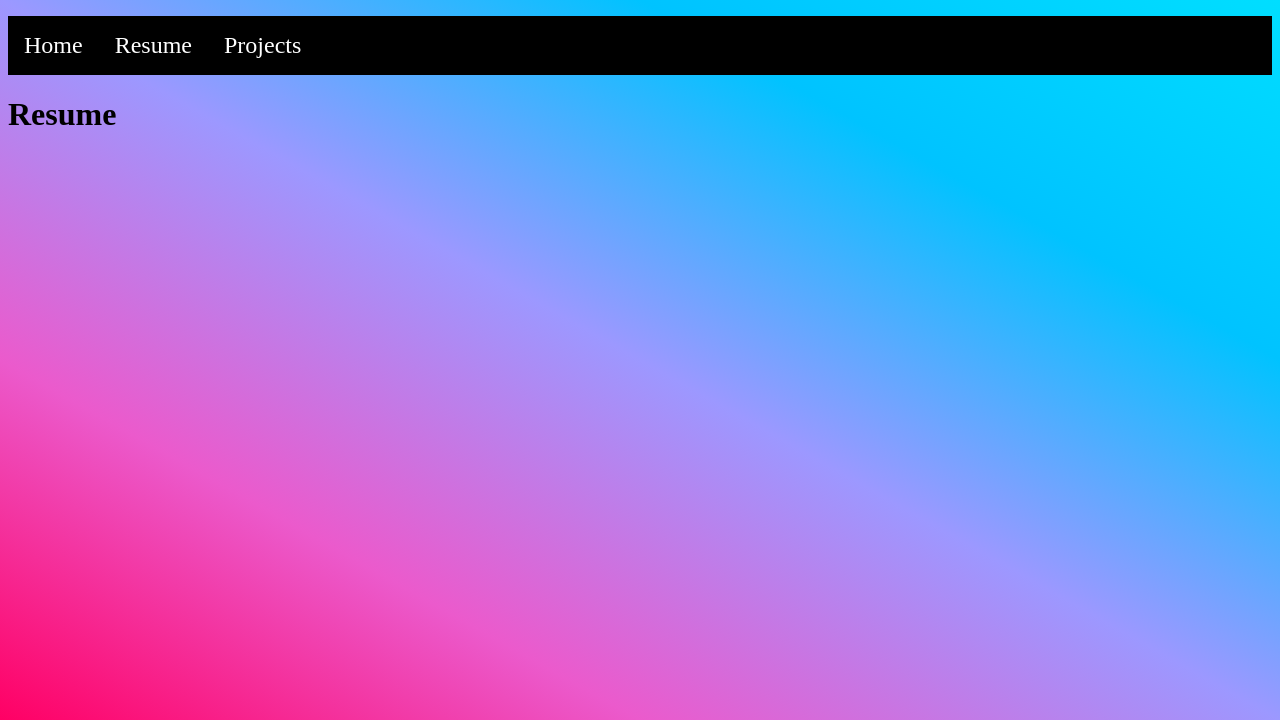
Repository: Zatarain10/Zatarain10.github.io
Page: project1.html
The author's editor kept a record of every edit. The page is drawn from the files as they stood at one moment, then again after the next edit.
The browser window is 1280 px wide. The pictures show the whole page.

Above is the page before.

### project1.html
<!DOCTYPE html>
<html>
    <head>
    <title>Home</title>
    <link rel="stylesheet" type="text/css" href="style.css">

    </head>
    <body>
        <ul class="navbar">
            <li><a href="=/index.html">Home</a></li>
            <li><a href="resume.html">Resume</a></li>
            <li class="dropdown">
                <div>Projects</div>
                <ul class="dropdown-content">
                    <li class="active"><a href="#">Project 1</a></li>
                    <li><a href="#">Project 2</a></li>
                    <li><a href="#">Project 3</a></li>
                </ul>
            </li>
        </ul>

        <h1>Resume</h1>

    </body>
</html>

### style.css
        .navbar{
            list-style:none;
            background-color: black;
            overflow:hidden;
            padding:0;
        }

        .navbar a, .dropdown div{
            text-decoration:none;
            color: white;
            font-size: 24px;
            padding: 16px;
            display:inline-block;
        }

        .navbar li{
            float:left;
        }

        .navbar li:hover{
            background-color:Cyan;
        }

        .dropdown-content{
            list-style:none;
            padding: 0;
            display:none;
            position:absolute;
            z-index:1;
            background-color: black;
        }

        .dropdown-content li{
            float:none;
        }

        .dropdown:hover .dropdown-content{
            display:block;
        }

        .active{
            background-color: #ff1768;
        }

        html{
            height: 100%;
        }

        body{
            background: linear-gradient(to right top, #ff0064, #eb5acc, #9c98ff, #00c3ff, #00deff);
        }

        table{
            border: 3px solid crimson;
        }

After the next edit:
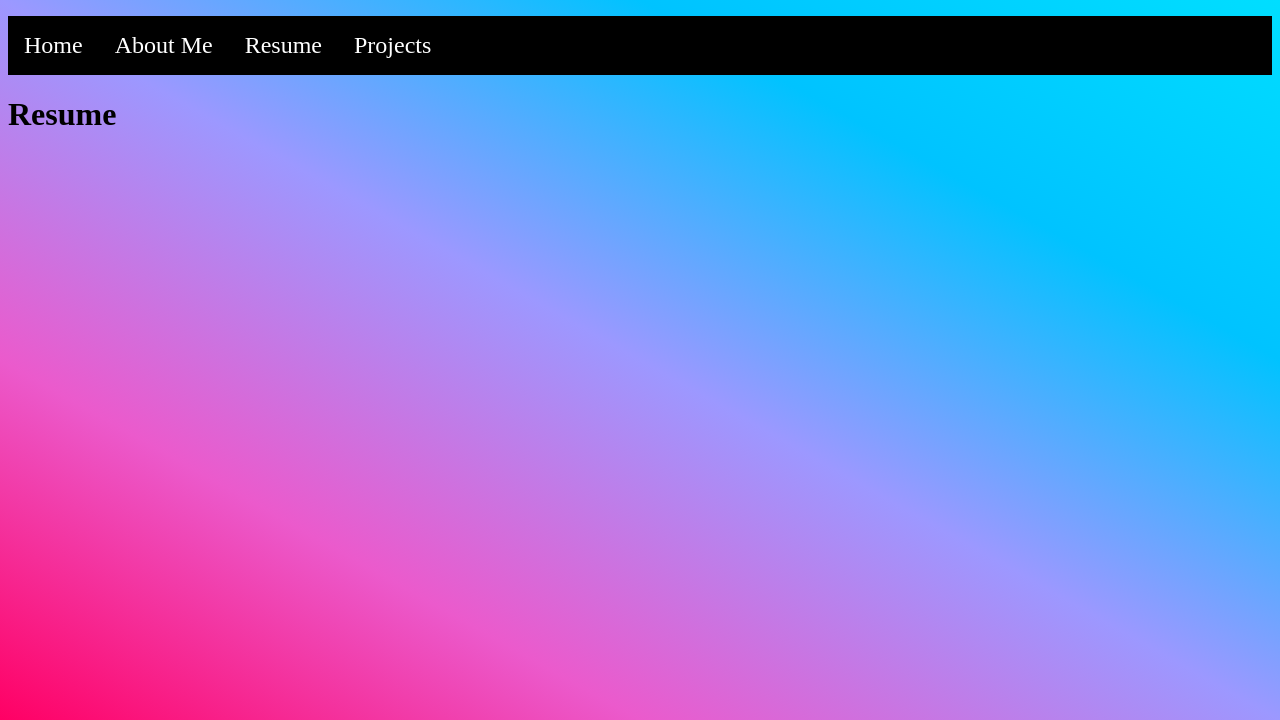
The edit:
--- a/project1.html
+++ b/project1.html
@@ -7,7 +7,8 @@
     </head>
     <body>
         <ul class="navbar">
-            <li><a href="=/index.html">Home</a></li>
+            <li><a href="/index.html">Home</a></li>
+            <li><a href="aboutme.html">About Me</a></li>
             <li><a href="resume.html">Resume</a></li>
             <li class="dropdown">
                 <div>Projects</div>
